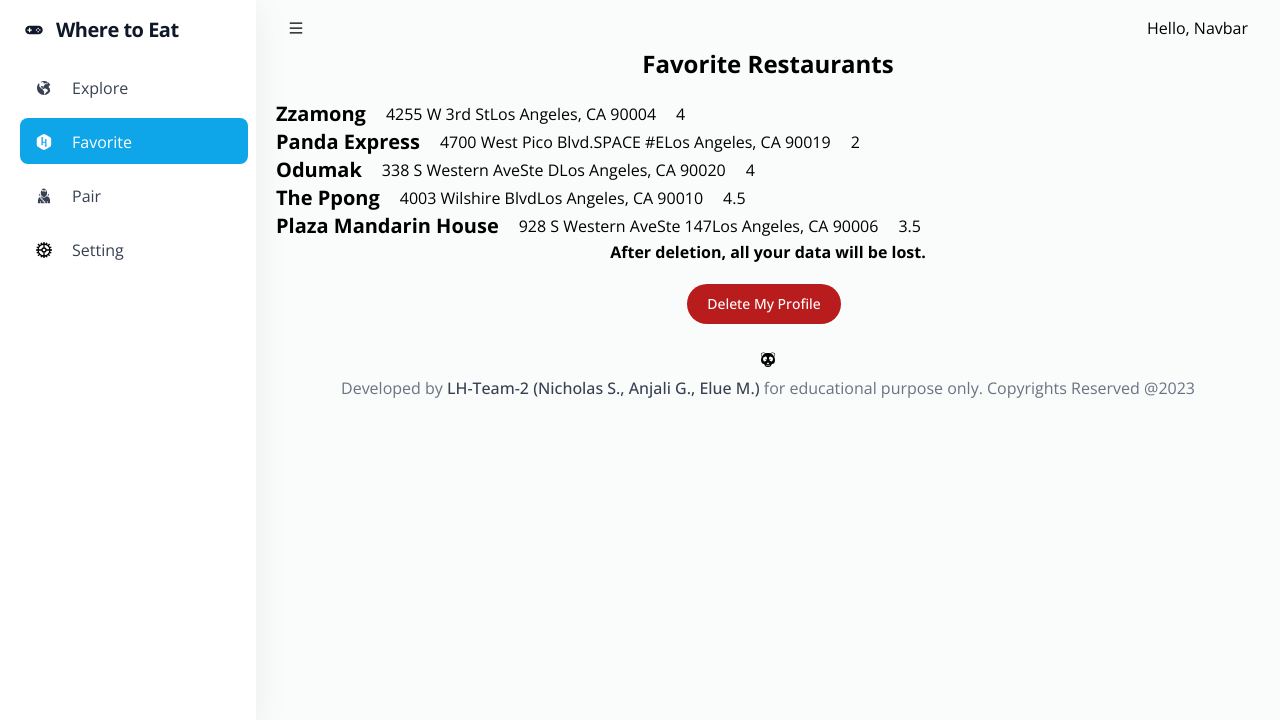
Repository: n-shen/where-to-eat
Page: /favorite (app in client/)
These files come from the project's save history. The page is drawn as it stood at one moment and after the next save; the edit follows.
The browser window is 1280 px wide. The pictures show the whole page.
The page's requests for data from a server got no answer. The project was rebuilt for these pictures with package versions that can differ from the ones it lists, and the page was loaded fresh each time. No one was signed in, and anything a server would have sent is missing. Also part of the build but not shown: client/src/data/cities.js, client/src/components/SearchForm.jsx, client/src/components/SearchResult.jsx, client/src/components/room.jsx, client/src/components/Room/Chat.jsx, client/src/components/Room/Selection.jsx, client/src/components/Room/Intro.jsx, client/src/components/Room/Game.jsx and 5 more.

Above is the page before, as saved 2023-05-05 19:54:53.

### client/src/index.js
import React from "react";
import ReactDOM from "react-dom/client";
import "./index.css";
import App from "./App";
import { ContextProvider } from "./contexts/ContextProvider";

const root = ReactDOM.createRoot(document.getElementById("root"));
root.render(
  <ContextProvider>
    <App />
  </ContextProvider>
);

### client/src/index.css
@import url('https://fonts.googleapis.com/css2?family=Open+Sans:wght@400;500;600;700&display=swap');

body {
  margin: 0;
  padding:0;
  font-family: "Open Sans", sans-serif;
}

@tailwind base;
@tailwind components;
@tailwind utilities;

### client/src/App.js
import React, { useEffect } from "react";
import { BrowserRouter, Routes, Route } from "react-router-dom";

import { Navbar, Sidebar, RoomPage } from "./components";
import {Favorite, Home} from "./pages";

import { useStateContext } from "./contexts/ContextProvider";
import "./App.css";

// import axios from "axios";

function App() {
  const { shared_info, activeMenu } = useStateContext();

  // const baseURL = shared_info.baseURL;

  return (
      <div>
        <BrowserRouter>
          <div className="flex relative dark:bg-main-dark-bg">
            {activeMenu ? (
                <div className="w-64 fixed sidebar dark:bg-secondary-dark-bg bg-white">
                  <Sidebar />
                </div>
            ) : (
                <div className="w-0 dark:bg-secondary-dark-bg">
                  <Sidebar />
                </div>
            )}

            <div
                className={`dark:bg-main-bg bg-main-bg min-h-screen w-full ${
                    activeMenu ? "md:ml-64" : " flex-2"
                }`}
            >
              <div className="fixed md:static bg-main-bg dark:bg-main-dark-bg navbar w-full">
                <Navbar />
              </div>

              <div>
                <Routes>
                  <Route path="/" element={<Home />}></Route>
                  <Route path="/favorite" element={<Favorite />}></Route>
                  <Route path="/room" element={<RoomPage />}></Route>
                </Routes>
              </div>
            </div>
          </div>
        </BrowserRouter>
      </div>
  );
}

export default App;

### client/src/contexts/ContextProvider.jsx
import React, { createContext, useContext, useState } from "react";
import { io } from "socket.io-client";

const StateContext = createContext();

const shared_info = {
  serverURL: "http://localhost:8080",
  apiURL: "http://localhost:8080/api/v1",
};

const socket = io(shared_info.serverURL);

export const ContextProvider = ({ children }) => {
  const [screenSize, setScreenSize] = useState(undefined);
  const [activeMenu, setActiveMenu] = useState(true);
  const [userProfile, setUserProfile] = useState(undefined);
  const [gameBegin, setGameBegin] = useState(false);
  const [gameIntroBegin, setGameIntroBegin] = useState(false);
  const [selectionBegin, setSelectionBegin] = useState(false);
  const [waiting, setWaiting] = useState(false);
  const [partnerReady, setPartnerReady] = useState(false);
  const [partnerAction, setPartnerAction] = useState("");
  const [displayCross, setDisplayCross] = useState(false);
  const [displayFinal, setDisplayFinal] = useState("");

  const [localStore, setLocalStore] = useState(null);

  const [queryResults, setQueryResults] = useState(null);

  return (
    <StateContext.Provider
      value={{
        socket,
        shared_info,
        userProfile,
        setUserProfile,
        activeMenu,
        setActiveMenu,
        screenSize,
        setScreenSize,
        selectionBegin,
        setSelectionBegin,
        waiting,
        setWaiting,
        gameIntroBegin,
        setGameIntroBegin,
        gameBegin,
        setGameBegin,
        partnerReady,
        setPartnerReady,
        partnerAction,
        setPartnerAction,
        displayCross,
        setDisplayCross,
        displayFinal,
        setDisplayFinal,
        queryResults,
        setQueryResults,
        localStore,
        setLocalStore,
      }}
    >
      {children}
    </StateContext.Provider>
  );
};

export const useStateContext = () => useContext(StateContext);

### client/src/components/index.js
export { default as Navbar } from "./Navbar";
export { default as Sidebar } from "./Sidebar";
export { default as Footer } from "./Footer";
export { default as SearchForm } from "./SearchForm";
export { default as SearchResult } from "./SearchResult";
export { default as RoomPage } from "./room";
export { default as Room } from "./Room/Room";

### client/src/pages/index.jsx
export { default as Home } from "./Home";
export { default as Favorite } from "./Favorite";

### client/src/App.css
.sidebar {
  box-shadow: rgb(113 122 131 / 11%) 0px 7px 30px 0px;
}
.nav-item,
.navbar {
  z-index: 10000;
}
@media  screen and (max-width:800px) {
  .sidebar{
    z-index: 10000000;
  }
}

.e-dlg-center-center, .e-quick-popup-wrapper.e-device{
  z-index: 1000000 !important;
}

::-webkit-scrollbar {
  width: 6px;
}
::-webkit-scrollbar-thumb {
  background-color: rgb(216, 216, 216);
  border-radius: 40px;
}
::-webkit-scrollbar-track {
  background-color: transparent;
}

/* color-picker style  */

#preview {
  background: transparent
  url('https://ej2.syncfusion.com/react/demos/src/color-picker/images/pen.png')
  no-repeat;
  display: inline-block;
  height: 80px;
  margin: 10px 0;
  min-width: 300px;
  max-width: 600px;
  background-color: #008000;
}

.e-input-group:not(.e-float-icon-left), .e-input-group.e-success:not(.e-float-icon-left), .e-input-group.e-warning:not(.e-float-icon-left), .e-input-group.e-error:not(.e-float-icon-left), .e-input-group.e-control-wrapper:not(.e-float-icon-left), .e-input-group.e-control-wrapper.e-success:not(.e-float-icon-left), .e-input-group.e-control-wrapper.e-warning:not(.e-float-icon-left), .e-input-group.e-control-wrapper.e-error:not(.e-float-icon-left){
  border: none;
}

### client/src/components/Navbar.jsx
import React, { useEffect } from "react";
import { useStateContext } from "../contexts/ContextProvider";
import { AiOutlineMenu } from "react-icons/ai";

const Navbar = () => {
    const { activeMenu, setActiveMenu, setScreenSize, screenSize, userProfile } =
        useStateContext();

    useEffect(() => {
        const handleResize = () => setScreenSize(window.innerWidth);

        window.addEventListener("resize", handleResize);

        handleResize();

        return () => window.removeEventListener("resize", handleResize);
    }, [setScreenSize]);

    useEffect(() => {
        if (screenSize <= 900) {
            setActiveMenu(false);
        } else {
            setActiveMenu(true);
        }
    }, [screenSize, setScreenSize, setActiveMenu]);

    const handleActiveMenu = () => setActiveMenu(!activeMenu);

    return (
        <div className="mt-2 flex justify-between p-2 md:ml-6 md:mr-6 relative">
            <button onClick={handleActiveMenu}>
                <AiOutlineMenu />
            </button>
            <div>
                <p className={screenSize >= 900 ? "" : "text-xs"}>Hello, Navbar</p>
                {userProfile && (
                    <div className="flex items-center gap-2 p-1 rounded-lg text-right">
                        <p className={screenSize >= 900 ? "" : "text-xs"}>
                            <span className="text-gray-400 text-14">Hi,</span>{" "}
                            <span className="text-gray-400 font-bold ml-1 text-14">
                {userProfile["name"]}
              </span>{" "}
                            <span className="text-gray-400 text-14">from</span>
                            <span className="text-gray-400 font-bold ml-1 text-14">
                {userProfile["city"]}
              </span>{" "}
                        </p>
                    </div>
                )}
            </div>
        </div>
    );
};

export default Navbar;

### client/src/components/Sidebar.jsx
import React from "react";
import { Link, NavLink } from "react-router-dom";
import { GiEarthAmerica, GiFrankensteinCreature } from "react-icons/gi";
import { GrSettingsOption } from "react-icons/gr";
import { IoLogoGameControllerA } from "react-icons/io";
import { FaHackerrank } from "react-icons/fa";
import { MdOutlineCancel } from "react-icons/md";
import { useStateContext } from "../contexts/ContextProvider";

const Sidebar = () => {
    const { activeMenu, setActiveMenu, screenSize } = useStateContext();

    const handleCloseSideBar = () => {
        if (activeMenu !== undefined && screenSize <= 900) {
            setActiveMenu(false);
        }
    };

    const activeLink =
        "flex items-center gap-5 pl-4 pt-3 pb-2.5 rounded-lg text-white text-md m-2 bg-sky-500/100";
    const normalLink =
        "flex items-center gap-5 pl-4 pt-3 pb-2.5 rounded-lg text-md text-gray-700 dark:text-gray-200 dark:hover:text-black hover:bg-light-gray m-2";

    return (
        <div className="ml-3 h-screen md:overflow-hidden overflow-auto md:hover:overflow-auto pb-10">
            {activeMenu && (
                <>
                    <div className="flex justify-between items-center">
                        <Link
                            to="/"
                            onClick={handleCloseSideBar}
                            className="items-center gap-3 ml-3 mt-4 flex text-xl font-extrabold tracking-tight dart:text-white text-slate-900"
                        >
                            <IoLogoGameControllerA />
                            <span>Where to Eat</span>
                        </Link>

                        <div>
                            <button
                                type="button"
                                onClick={() => setActiveMenu(!activeMenu)}
                                className="text-xl rounded-full p-3 hover:bg-light-gray mt-4 block md:hidden"
                            >
                                <MdOutlineCancel />
                            </button>
                        </div>
                    </div>
                    <div className="mt-5">
                        <NavLink
                            to="/"
                            key="Home"
                            onClick={handleCloseSideBar}
                            className={({ isActive }) => (isActive ? activeLink : normalLink)}
                        >
                            <GiEarthAmerica />
                            <span>Explore</span>
                        </NavLink>

                        <NavLink
                            to="/favorite"
                            key="Favorite"
                            onClick={handleCloseSideBar}
                            className={({ isActive }) => (isActive ? activeLink : normalLink)}
                        >
                            <FaHackerrank />
                            <span>Favorite</span>
                        </NavLink>

                        <NavLink
                            to="/room"
                            key="RoomPage"
                            onClick={handleCloseSideBar}
                            className={({ isActive }) => (isActive ? activeLink : normalLink)}
                        >
                            <GiFrankensteinCreature />
                            <span>Pair</span>
                        </NavLink>

                        <NavLink
                            to="/setting"
                            key="Setting"
                            onClick={handleCloseSideBar}
                            className={({ isActive }) => (isActive ? activeLink : normalLink)}
                        >
                            <GrSettingsOption />
                            <span>Setting</span>
                        </NavLink>
                    </div>
                </>
            )}
        </div>
    );
};

export default Sidebar;

### client/src/components/Footer.jsx
import React from "react";
import { GiPanda } from "react-icons/gi";

const Footer = () => {
    return (
        <div className="mt-5 mb-5 ">
            <div className="flex justify-center mb-2">
                <GiPanda />
            </div>

            <p className="text-center text-gray-500 dark:text-gray-400">
                Developed by{" "}
                <span className="font-medium text-gray-700 dark:text-blue-500 hover:no-underline">
          LH-Team-2 (Nicholas S., Anjali G., Elue M.)
        </span>{" "}
                for educational purpose only. Copyrights Reserved @2023
            </p>
        </div>
    );
};

export default Footer;

### client/src/pages/Favorite.jsx
import React, { useState } from "react";
import { useStateContext } from "../contexts/ContextProvider";
import { Footer } from "../components";
import axios from "axios";

export const restaurants = [
  {
    id: 1,
    name: "Zzamong",
    image:
      "https://s3-media2.fl.yelpcdn.com/bphoto/6AUVIwPCv8wCZ9FYeCfocw/o.jpg",
    address: ["4255 W 3rd St", "Los Angeles, CA 90004"],
    rating: "4",
  },
  {
    id: 2,
    name: "Panda Express",
    image:
      "https://s3-media4.fl.yelpcdn.com/bphoto/44dT6JEXkhMrtUcps1a5jw/o.jpg",
    address: ["4700 West Pico Blvd.", "SPACE #E", "Los Angeles, CA 90019"],
    rating: "2",
  },
  {
    id: 3,
    name: "Odumak",
    image:
      "https://s3-media1.fl.yelpcdn.com/bphoto/hKaezVO6_0F50RXmfH7WBQ/o.jpg",
    address: ["338 S Western Ave", "Ste D", "Los Angeles, CA 90020"],
    rating: "4",
  },
  {
    id: 4,
    name: "The Ppong",
    image:
      "https://s3-media3.fl.yelpcdn.com/bphoto/Li5i5N_Y7VwLTsJvLA2pKw/o.jpg",
    address: ["4003 Wilshire Blvd", "Los Angeles, CA 90010"],
    rating: "4.5",
  },
  {
    id: 5,
    name: "Plaza Mandarin House",
    image:
      "https://s3-media1.fl.yelpcdn.com/bphoto/1nVrf8ItPD0dF_97JGQEzw/o.jpg",
    address: ["928 S Western Ave", "Ste 147", "Los Angeles, CA 90006"],
    rating: "3.5",
  },
];

const Favorite = () => {
  const { shared_info, screenSize, userProfile } = useStateContext();
  const baseURL = shared_info.baseURL;

  return (
    <div className={screenSize >= 900 ? "mt-0" : "mt-16"}>
      <h1 className="text-center font-bold text-2xl mb-5">
        Favorite Restaurants
      </h1>
      <FavoriteList />
      <h2 className="text-center font-bold">
        After deletion, all your data will be lost.
      </h2>
      <div className="flex justify-center">
        <button
          type="button"
          className="mt-5 text-white bg-red-700 hover:bg-red-800 focus:outline-none focus:ring-4 focus:ring-red-300 font-medium rounded-full text-sm px-5 py-2.5 text-center mr-2 mb-2 dark:bg-red-600 dark:hover:bg-red-700 dark:focus:ring-red-900"
        >
          Delete My Profile
        </button>
      </div>

      <Footer />
    </div>
  );
};

export default Favorite;

export const FavoriteList = () => {
  return (
    // <div className="flex flex-col items-center justify-center">
      <ul className="flex flex-col items-start justify-center ml-5">
        {restaurants.map((restaurant, index) => (
          <li
            key={index}
            className="flex items-center justify-center gap-5"
          >
            <h2
              htmlFor={restaurant.name}
              className="text-xl font-bold text-center"
            >
              {restaurant.name}
            </h2>
            <p>{restaurant.address}</p>
            <p>{restaurant.rating}</p>
          </li>
        ))}
      </ul>
    // </div>
  );
};

### client/tailwind.config.js
/** @type {import('tailwindcss').Config} */
module.exports = {
    content: ["./src/**/*.{js,jsx,ts,tsx}"],
    darkMode: "class",
    theme: {
        fontFamily: {
            display: ["Open Sans", "sans-serif"],
            body: ["Open Sans", "sans-serif"],
        },
        extend: {
            fontSize: {
                14: "14px",
            },
            backgroundColor: {
                "main-bg": "#FAFBFB",
                "main-dark-bg": "#20232A",
                "secondary-dark-bg": "#33373E",
                "light-gray": "#F7F7F7",
                "half-transparent": "rgba(0, 0, 0, 0.5)",
            },
            borderWidth: {
                1: "1px",
            },
            borderColor: {
                color: "rgba(0, 0, 0, 0.1)",
            },
            width: {
                400: "400px",
                760: "760px",
                780: "780px",
                800: "800px",
                1000: "1000px",
                1200: "1200px",
                1400: "1400px",
            },
            height: {
                80: "80px",
            },
            minHeight: {
                590: "590px",
            },
        },
    },
    plugins: [],
};

Loaded but not shown: client/public/index.html (common file)

After the next save:
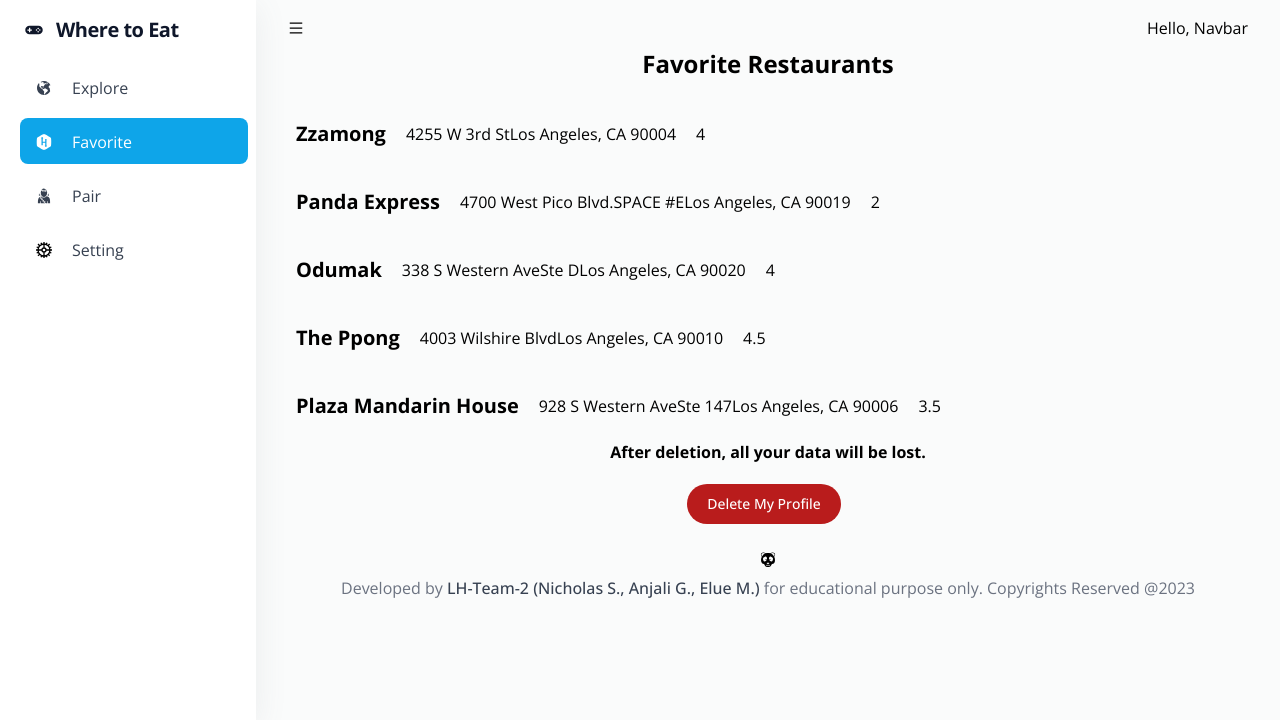
Saved 11 s later.
--- a/client/src/pages/Favorite.jsx
+++ b/client/src/pages/Favorite.jsx
@@ -82,7 +82,7 @@
         {restaurants.map((restaurant, index) => (
           <li
             key={index}
-            className="flex items-center justify-center gap-5"
+            className="flex items-center justify-center gap-5 m-5"
           >
             <h2
               htmlFor={restaurant.name}
